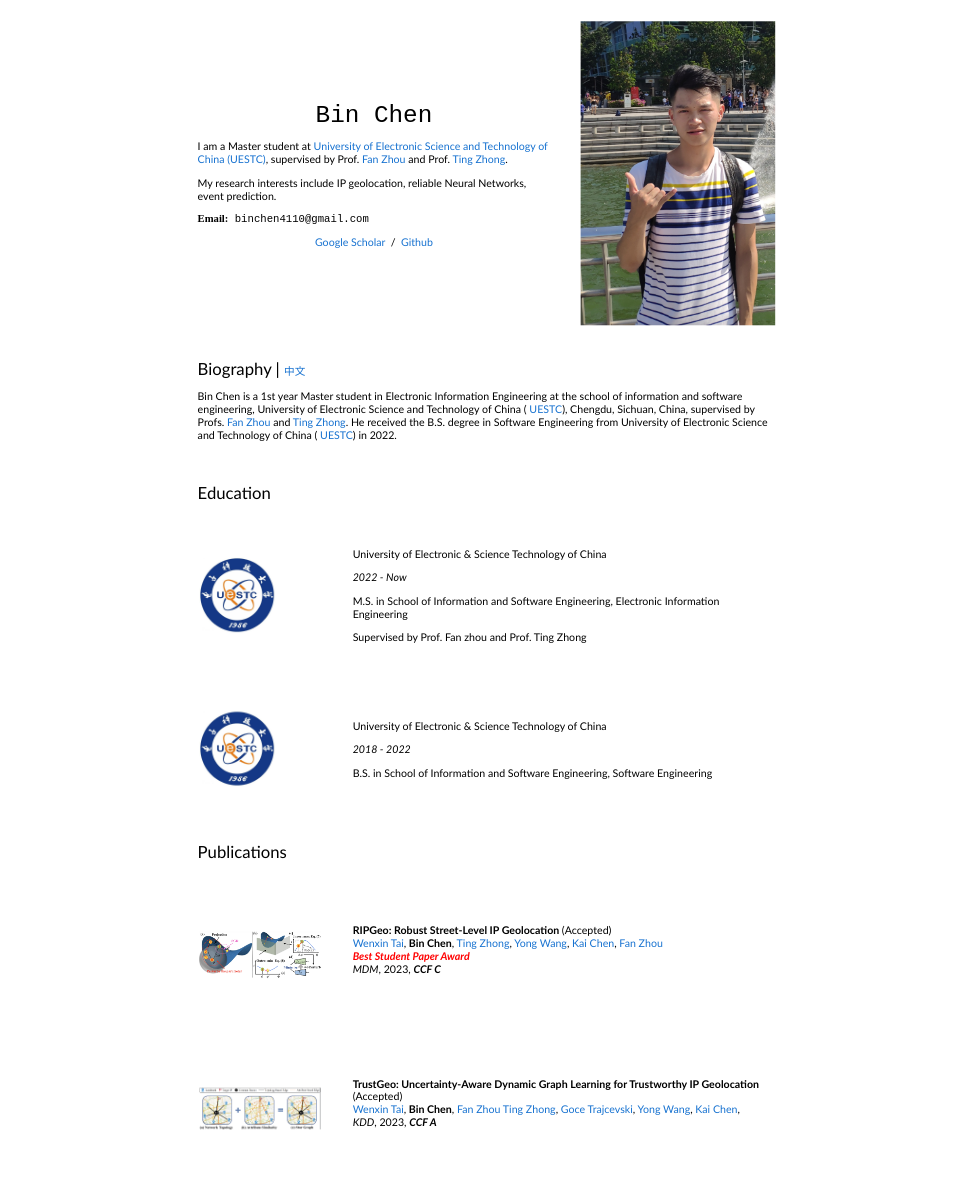
Repository: b1nchen/b1nchen.github.io
Page: index.html
The author's editor kept a copy of each file at every save. The page is drawn from the files as they stood at one save, then again after the next save.
The browser window is 1280 px wide. The pictures show the part of the page from y = 0 to 1571 px (the page is 1939 px tall), at 76% of full size.
A picture or video elsewhere on the page could not be fetched, so the positions and the page height are approximate.

Above is the page before, as saved 2023-07-06 11:16:04.

### index.html
<!DOCTYPE HTML>
<html lang="en">

<head>
  <meta http-equiv="Content-Type" content="text/html; charset=UTF-8">

  <title>Bin Chen</title>

  <meta name="author" content="Bin Chen">
  <meta name="viewport" content="width=device-width, initial-scale=1">

  <link rel="stylesheet" type="text/css" href="stylesheet.css">
  <link rel="icon" href="images/uestc_icon.jpeg">
</head>

<body>

  <table
    style="width:100%;max-width:800px;border:0px;border-spacing:0px;border-collapse:separate;margin-right:auto;margin-left:auto;">
    <tbody>
      <tr style="padding:0px">
        <td style="padding:0px">
          <table
            style="width:100%;border:0px;border-spacing:0px;border-collapse:separate;margin-right:auto;margin-left:auto;">
            <tbody>
              <tr style="padding:0px">
                <td style="padding:2.5%;width:63%;vertical-align:middle">
                  <p style="text-align:center">
                    <name>Bin Chen</name>
                  </p>
                  <p>I am a Master student at <a href="https://en.uestc.edu.cn/">University of Electronic Science and
                      Technology of China (UESTC)</a>, supervised by Prof. <a
                      href="https://scholar.google.com/citations?user=Ihj2Rw8AAAAJ">Fan Zhou</a> and Prof. <a
                      href="https://scholar.google.com/citations?user=Mdr0XDkAAAAJ">Ting Zhong</a>.
                      <!-- <a href="xovee.cn">Xovee</a> also helps me a lot, as sa  -->
                  </p>
                  <p>
                    My research interests include IP geolocation, reliable Neural Networks, event prediction.
                  </p>
                  <p style="font-family: 'Courier New', Courier, monospace;">
                    <!-- <b style="font-family: 'Times New Roman', Times, serif;">Email:</b> <em>firstname</em>.<em>lastname</em>@ieee.org
                    <br>
                    &nbsp &nbsp &nbsp
                    <em>firstname</em>.<em>lastname</em>417@outlook.com <br> -->
                    <b style="font-family: 'Times New Roman', Times, serif;">
                      Email:</b> binchen4110@gmail.com
                     <br>

                  </p>
                  <p style="text-align:center">

                    <a >Google Scholar</a>
                    &nbsp/&nbsp
                    <a href="https://github.com/binchen4110/">Github</a>
                  </p>

                </td>
                <td style="padding:2.5%;width:40%;max-width:40%">
                  <a href="images/profile.jpg"><img style="width:100%;max-width:100%" alt="profile photo"
                      src="images/profile.jpg" class="hoverZoomLink"></a>
                </td>
              </tr>
            </tbody>
          </table>

          <table
            style="width:100%;border:0px;border-spacing:0px;border-collapse:separate;margin-right:auto;margin-left:auto;">
            <tbody>
              <tr>
                <td style="padding:20px;width:100%;vertical-align:middle">
                  <heading>Biography |
                    <a href="index_CHN.html">中文</a>
                  </heading>
                  <p>
                    Bin Chen is a 1st year Master student in Electronic Information Engineering at the school of information and
                    software engineering, University of Electronic Science and Technology of China (<a
                      href="https://en.uestc.edu.cn/"> UESTC</a>), Chengdu, Sichuan, China, supervised by Profs. <a
                      href="https://scholar.google.com/citations?user=Ihj2Rw8AAAAJ">Fan Zhou</a> and <a
                      href="https://scholar.google.com/citations?user=Mdr0XDkAAAAJ">Ting Zhong</a>. He received the B.S.
                    degree in Software Engineering from University of Electronic Science and Technology of China (<a
                      href="https://www.uestc.edu.cn/"> UESTC</a>) in 2022.
                  </p>
                  <!-- <p>
                    He is a (student) member of the IEEE.
                  </p> -->
                </td>
              </tr>
            </tbody>
          </table>

          <table
            style="width:100%;border:0px;border-spacing:0px;border-collapse:separate;margin-right:auto;margin-left:auto;">
            <tbody>
              <tr>
                <td style="padding:20px;width:100%;vertical-align:middle">
                  <heading>Education</heading>
                </td>
              </tr>
            </tbody>
          </table>
          <table width="100%" align="center" border="0" cellpadding="20">
            <tbody>

              <tr>
                <td style="padding:20px;width:25%;vertical-align:middle">
                  <div class="flexbox">
                    <img src='images/uestc_icon.jpeg' width="100px">
                  </div>
                </td>
                <td style="padding:20px;width:75%;vertical-align:middle">
                  <p>University of Electronic & Science Technology of China</p>
                  <em>2022 - Now</em>
                  <p>M.S. in School of Information and Software Engineering, Electronic Information Engineering</p>
                  <p>Supervised by Prof. Fan zhou and Prof. Ting Zhong</p>

                </td>
              </tr>


              <tr>
                <td style="padding:20px;width:25%;vertical-align:middle">
                  <div class="flexbox">
                    <img src='images/uestc_icon.jpeg' width="100px">
                  </div>
                </td>
                <td style="padding:20px;width:75%;vertical-align:middle">
                  <p>University of Electronic & Science Technology of China</p>
                  <em> 2018 -  2022 </em>
                  <p> B.S. in School of Information and Software Engineering, Software Engineering</p>
                </td>
              </tr>


            </tbody>
          </table>


          <table width="100%" align="center" border="0" cellspacing="0" cellpadding="20">
            <tbody>
              <tr>
                <td>
                  <heading>Publications</heading>
                </td>
              </tr>
            </tbody>
          </table>
          <table width="100%" align="center" border="0" cellpadding="20">
            <tbody>

            <!-- MDM 2023 -->
              <tr onmouseout="ripgeo_data()" onmouseover="ripgeo_para()">
                <td style="padding:20px;width:25%;vertical-align:middle">
                  <div class="one">
                    <div class="two" id='data'>
                      <img src='images/ripgeo_perturb_data.png' width="160">


                    </div>
                    <img src="images/ripgeo_perturb_para.png" width="160">
                  </div>
                  <script type="text/javascript">
                    function ripgeo_data() {
                      document.getElementById('data').style.opacity = "0";
                    }

                    function ripgeo_para() {
                      document.getElementById('data').style.opacity = "1";
                    }
                    ripgeo_data()
                  </script>
                </td>
                <td style="padding:20px;width:75%;vertical-align:middle">

                  <papertitle>RIPGeo: Robust Street-Level IP Geolocation </papertitle>(Accepted)

                  <br>
                  <a href="https://scholar.google.com/citations?user=YyxocAIAAAAJ">Wenxin Tai</a>,
                  <strong>Bin Chen</strong>,
                  <a href="https://scholar.google.com/citations?user=Mdr0XDkAAAAJ">Ting Zhong</a>,
                  <a>Yong Wang</a>,
                  <a href="https://scholar.google.com/citations?user=tnRV5QYAAAAJ">Kai Chen</a>,
                  <a href="https://scholar.google.com/citations?user=Ihj2Rw8AAAAJ">Fan Zhou</a>

                  <br>
                  <em><b style="color:red">Best Student Paper Award</b></em>
                  <br>
                  <em>MDM</em>, 2023, <em><strong>CCF C</strong></em>
                  <br>

                  <!-- <a href="https://ieeexplore.ieee.org/document/9747900">链接</a>,
                  <a href="https://youtu.be/uT1pEfHbo14">视频</a>,
                  <a href="papers/ICASSP_5513_poster.pdf">海报</a>,
                  <a href="papers/ICASSP_slides.pptx">幻灯片</a>,
                  <a href="papers/ICASSP_2022_FUFI.pdf">下载</a>
                  <p></p>
                  <p>We incorporate evidential learning into IP geolocation to improve the stability of the system.. -->
                  </p>
                </td>
              </tr>


              <!-- KDD 2023 -->
              <tr onmouseout="FUFI_intro()" onmouseover="FUFI_end()">
                <td style="padding:20px;width:25%;vertical-align:middle">
                  <div class="one">
                    <div class="two" id='method'>
                      <img src='images/trustgeo_method.png' width="160">


                    </div>
                    <img src="images/trustgeo_model.png" width="160">
                  </div>
                  <script type="text/javascript">
                    function FUFI_intro() {
                      document.getElementById('method').style.opacity = "0";
                    }

                    function FUFI_end() {
                      document.getElementById('method').style.opacity = "1";
                    }
                    FUFI_intro()
                  </script>
                </td>
                <td style="padding:20px;width:75%;vertical-align:middle">

                  <papertitle>TrustGeo: Uncertainty-Aware Dynamic Graph Learning for Trustworthy IP Geolocation </papertitle>(Accepted)

                  <br>
                  <a href="https://scholar.google.com/citations?user=YyxocAIAAAAJ">Wenxin Tai</a>,
                  <strong>Bin Chen</strong>,
                  <a href="https://scholar.google.com/citations?user=Ihj2Rw8AAAAJ">Fan Zhou</a>
                  <a href="https://scholar.google.com/citations?user=Mdr0XDkAAAAJ">Ting Zhong</a>,
                  <a href="https://scholar.google.com/citations?user=Avus2kcAAAAJ">Goce Trajcevski</a>,
                  <a>Yong Wang</a>,
                  <a href="https://scholar.google.com/citations?user=tnRV5QYAAAAJ">Kai Chen</a>,

                  <br>
                  <em>KDD</em>, 2023, <em><strong>CCF A</strong></em>
                  <br>
                  <!-- <a href="https://ieeexplore.ieee.org/document/9747900">链接</a>,
                  <a href="https://youtu.be/uT1pEfHbo14">视频</a>,
                  <a href="papers/ICASSP_5513_poster.pdf">海报</a>,
                  <a href="papers/ICASSP_slides.pptx">幻灯片</a>,
                  <a href="papers/ICASSP_2022_FUFI.pdf">下载</a>
                  <p></p>
                  <p>We incorporate evidential learning into IP geolocation to improve the stability of the system.. -->
                  </p>
                </td>
              </tr>


            </tbody>
          </table>
        </td>
      </tr>

    </table>

  <center>


  <p>
    <font size="2">
      <font size="2">
        <font size="2">&nbsp;<br>
          &nbsp; <a href="https://www.easycounter.com/">
            <img src="https://www.easycounter.com/counter.php?hyson"
            border="0" alt="Web Site Hit Counter"></a> <i>
            <font face="Arial" size="2">unique visitors since Feburary 2023</font>
          </i></font>
      </font>
    </font>
  </p>



  <p style="color: #AAAAAA;">© 2023 Bin Chen | Powered by <a href="https://pattonyu.github.io/">Haoyang Yu</a> and <a href="https://jonbarron.info/">Jon Barron </a> | updating time
    2023-02-28
        <!-- Friendly Link: <a href="https://xovee.cn">Xovee Xu</a> -->
    </p>
  </center>
</body>

</html>

### stylesheet.css
/* latin-ext */
@font-face {
  font-family: 'Lato';
  font-style: italic;
  font-weight: 400;
  src: local('Lato Italic'), local('Lato-Italic'), url(https://fonts.gstatic.com/s/lato/v15/S6u8w4BMUTPHjxsAUi-qNiXg7eU0.woff2) format('woff2');
  unicode-range: U+0100-024F, U+0259, U+1E00-1EFF, U+2020, U+20A0-20AB, U+20AD-20CF, U+2113, U+2C60-2C7F, U+A720-A7FF;
}
/* latin */
@font-face {
  font-family: 'Lato';
  font-style: italic;
  font-weight: 400;
  src: local('Lato Italic'), local('Lato-Italic'), url(https://fonts.gstatic.com/s/lato/v15/S6u8w4BMUTPHjxsAXC-qNiXg7Q.woff2) format('woff2');
  unicode-range: U+0000-00FF, U+0131, U+0152-0153, U+02BB-02BC, U+02C6, U+02DA, U+02DC, U+2000-206F, U+2074, U+20AC, U+2122, U+2191, U+2193, U+2212, U+2215, U+FEFF, U+FFFD;
}
/* latin-ext */
@font-face {
  font-family: 'Lato';
  font-style: italic;
  font-weight: 700;
  src: local('Lato Bold Italic'), local('Lato-BoldItalic'), url(https://fonts.gstatic.com/s/lato/v15/S6u_w4BMUTPHjxsI5wq_FQftx9897sxZ.woff2) format('woff2');
  unicode-range: U+0100-024F, U+0259, U+1E00-1EFF, U+2020, U+20A0-20AB, U+20AD-20CF, U+2113, U+2C60-2C7F, U+A720-A7FF;
}
/* latin */
@font-face {
  font-family: 'Lato';
  font-style: italic;
  font-weight: 700;
  src: local('Lato Bold Italic'), local('Lato-BoldItalic'), url(https://fonts.gstatic.com/s/lato/v15/S6u_w4BMUTPHjxsI5wq_Gwftx9897g.woff2) format('woff2');
  unicode-range: U+0000-00FF, U+0131, U+0152-0153, U+02BB-02BC, U+02C6, U+02DA, U+02DC, U+2000-206F, U+2074, U+20AC, U+2122, U+2191, U+2193, U+2212, U+2215, U+FEFF, U+FFFD;
}
/* latin-ext */
@font-face {
  font-family: 'Lato';
  font-style: normal;
  font-weight: 400;
  src: local('Lato Regular'), local('Lato-Regular'), url(https://fonts.gstatic.com/s/lato/v15/S6uyw4BMUTPHjxAwXiWtFCfQ7A.woff2) format('woff2');
  unicode-range: U+0100-024F, U+0259, U+1E00-1EFF, U+2020, U+20A0-20AB, U+20AD-20CF, U+2113, U+2C60-2C7F, U+A720-A7FF;
}
/* latin */
@font-face {
  font-family: 'Lato';
  font-style: normal;
  font-weight: 400;
  src: local('Lato Regular'), local('Lato-Regular'), url(https://fonts.gstatic.com/s/lato/v15/S6uyw4BMUTPHjx4wXiWtFCc.woff2) format('woff2');
  unicode-range: U+0000-00FF, U+0131, U+0152-0153, U+02BB-02BC, U+02C6, U+02DA, U+02DC, U+2000-206F, U+2074, U+20AC, U+2122, U+2191, U+2193, U+2212, U+2215, U+FEFF, U+FFFD;
}
/* latin-ext */
@font-face {
  font-family: 'Lato';
  font-style: normal;
  font-weight: 700;
  src: local('Lato Bold'), local('Lato-Bold'), url(https://fonts.gstatic.com/s/lato/v15/S6u9w4BMUTPHh6UVSwaPGQ3q5d0N7w.woff2) format('woff2');
  unicode-range: U+0100-024F, U+0259, U+1E00-1EFF, U+2020, U+20A0-20AB, U+20AD-20CF, U+2113, U+2C60-2C7F, U+A720-A7FF;
}
/* latin */
@font-face {
  font-family: 'Lato';
  font-style: normal;
  font-weight: 700;
  src: local('Lato Bold'), local('Lato-Bold'), url(https://fonts.gstatic.com/s/lato/v15/S6u9w4BMUTPHh6UVSwiPGQ3q5d0.woff2) format('woff2');
  unicode-range: U+0000-00FF, U+0131, U+0152-0153, U+02BB-02BC, U+02C6, U+02DA, U+02DC, U+2000-206F, U+2074, U+20AC, U+2122, U+2191, U+2193, U+2212, U+2215, U+FEFF, U+FFFD;
}

a {
  color: #1772d0;
  text-decoration: none;
}

a:focus,
a:hover {
  color: #f09228;
  text-decoration: none;
}

body,
td,
th,
tr,
p,
a {
  font-family: 'Lato', Verdana, Helvetica, sans-serif;
  font-size: 14px
}

strong {
  font-family: 'Lato', Verdana, Helvetica, sans-serif;
  font-size: 14px;
}

heading {
  font-family: 'Lato', Verdana, Helvetica, sans-serif;
  font-size: 22px;
}

papertitle {
  font-family: 'Lato', Verdana, Helvetica, sans-serif;
  font-size: 14px;
  font-weight: 700
}

name {
  font-family: 'Courier New', Courier, monospace;
  font-size: 32px;
}


.flexbox{
  width: 160px;
  height: 160px;
  display: flex;
  align-items: center;
  justify-items: center;
  /* text-align: center; */
}

.flexbox img{
  justify-items: center;
  align-items: center;
  /* text-align: center; */
}


.one {
  width: 160px;
  height: 160px;
  display: flex;
  position: relative;
  align-items: center;
}

.one img{
  width: 160px;
  align-items: center;
}

.two {
  width: 160px;
  height: 160px;
  display: flex;
  position: absolute;
  transition: opacity .2s ease-in-out;
  -moz-transition: opacity .2s ease-in-out;
  -webkit-transition: opacity .2s ease-in-out;
  align-items: center;
}

.two img{
  width: 160px;
  align-items: center;
}

.fade {
  transition: opacity .2s ease-in-out;
  -moz-transition: opacity .2s ease-in-out;
  -webkit-transition: opacity .2s ease-in-out;
}

span.highlight {
  background-color: #ffffd0;
}

After the next save:
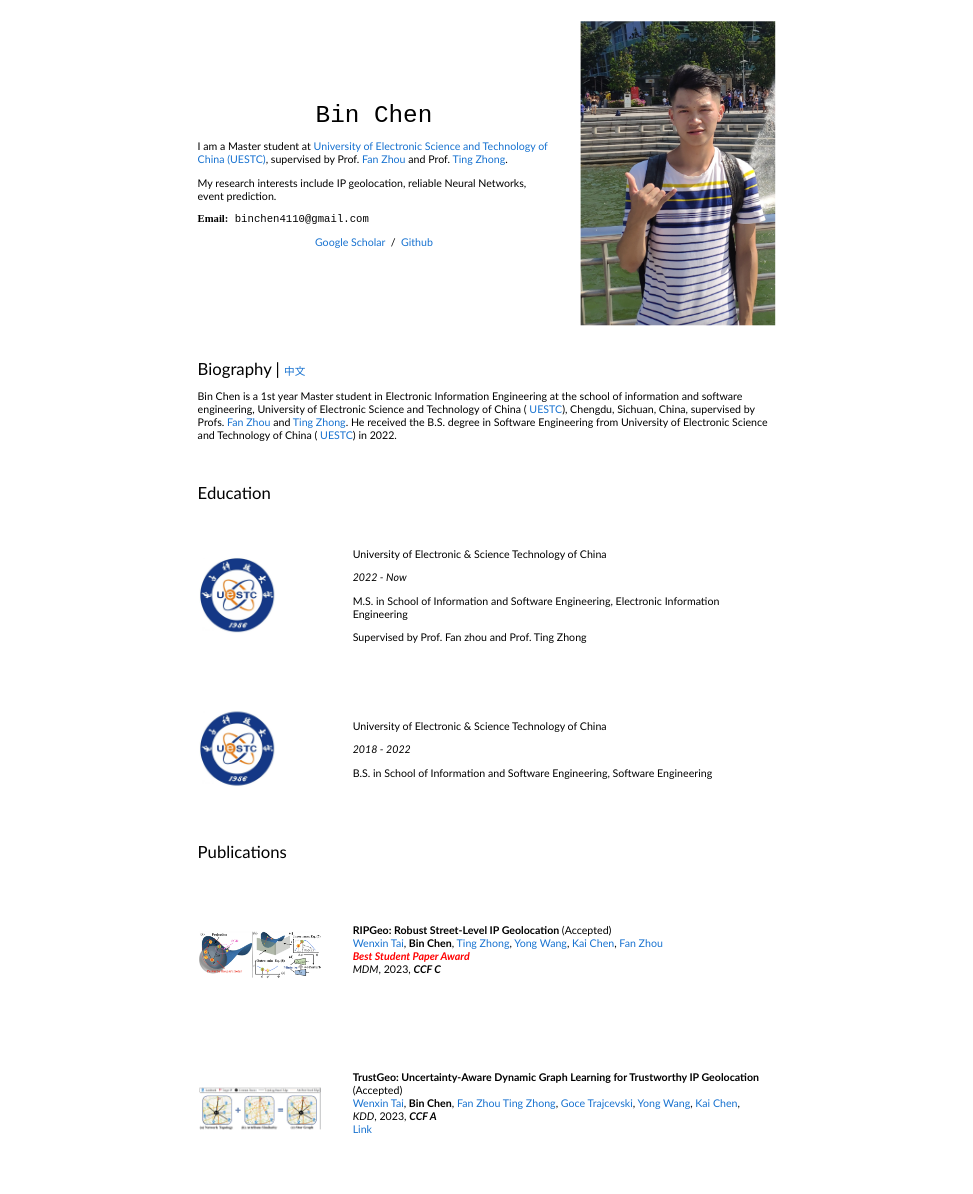
Saved 4 s later.
--- a/index.html
+++ b/index.html
@@ -237,6 +237,7 @@
                   <br>
                   <em>KDD</em>, 2023, <em><strong>CCF A</strong></em>
                   <br>
+                  <a href="https://drive.google.com/file/d/1PgxtmzdQAYr9Ti3rvHGgnyf05PbP-WwI/view?usp=drive_link">Link</a>
                   <!-- <a href="https://ieeexplore.ieee.org/document/9747900">链接</a>,
                   <a href="https://youtu.be/uT1pEfHbo14">视频</a>,
                   <a href="papers/ICASSP_5513_poster.pdf">海报</a>,
